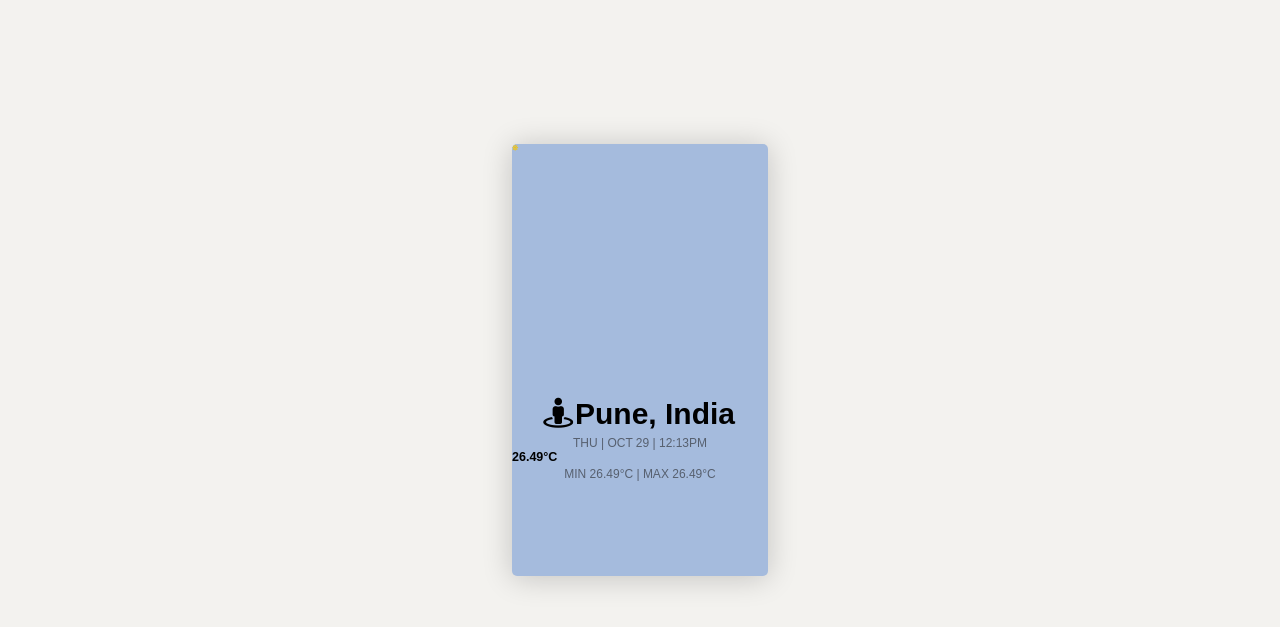
Repository: AalokJadhav/Weather_Website
Page: home.html
The author's editor kept a copy of each file at every save. The page is drawn from the files as they stood at one save, then again after the next save.
The browser window is 1280 px wide. The pictures show the whole page.
Some web libraries are served in a nearby version.

Above is the page before, as saved 2020-10-29 12:26:32.

### home.html
<!DOCTYPE html>
<html lang="en">
<head>
    <meta charset="UTF-8">
    <meta name="viewport" content="width=device-width, initial-scale=1.0">
    <link rel="stylesheet" href="https://cdnjs.cloudflare.com/ajax/libs/font-awesome/5.10.0/css/all.min.css" integrity="sha512-PgQMlq+nqFLV4ylk1gwUOgm6CtIIXkKwaIHp/PAIWHzig/lKZSEGKEysh0TCVbHJXCLN7WetD8TFecIky75ZfQ==" crossorigin="anonymous" />
    <style>
        * {
          padding: 0;
          margin: 0;
          /* font-family: "Jost", sans-serif; */
          font-family: "Quicksand", sans-serif;
        }

        body {
          background: #f3f2ef;
          display: flex;
          justify-content: center;
          align-items: center;
          flex-wrap: wrap;
          height: 100vh;
          width: 100vw;
        }

        html,
        body {
          font-size: 62.5%;
          height: 100%;
        }

        html {
          background: #eee;
        }

        .box {
          width: 20vw;
          height: 60vh;
          border-radius: 0.5rem;
          box-shadow: 0 0.2rem 3rem rgba(0, 0, 0, 0.2);
          background: #a5bbdd;
          position: relative;
          overflow: hidden;
          transform: translate3d(0, 0, 0);
          min-width: 20rem;
          min-height: 35rem;
        }

        .wave {
          opacity: 0.3;
          position: absolute;
          top: 120%;
          left: 50%;
          background: white;
          width: 50rem;
          height: 50rem;
          margin-left: -25rem;
          margin-top: -25rem;
          transform-origin: 50% 48%;
          border-radius: 43%;
          animation: drift 3000ms infinite linear;
          z-index: 1;
        }

        .wave.-three {
          animation: drift 5000ms infinite linear;
          z-index: 2 !important;
          opacity: 0.2;
        }

        .wave.-two {
          animation: drift 7000ms infinite linear;
          opacity: 0.1;
          z-index: 3 !important;
        }

        .box:after {
          content: "";
          display: block;
          left: 0;
          top: 0;
          width: 100%;
          height: 100%;
          z-index: 11;
          transform: translate3d(0, 0, 0);
        }

        @keyframes drift {
          from {
            transform: rotate(0deg);
          }
          from {
            transform: rotate(360deg);
          }
        }
        .info {
          position: absolute;
          bottom: 0;
          width: 100%;
          height: 45%;
          z-index: 4;
        }

        .location {
          margin-top: 1.5rem;
          text-align: center;
          font-weight: 800;
          font-size: 3rem;
        }

        .fa-street-view {
          animation: rotates 3s linear infinite alternate;
        }

        @keyframes rotates {
          from {
            transform: translateX(-0.5rem);
          }
          to {
            transform: translateX(0.5rem);
          }
        }

        #date {
          text-align: center;
          margin-top: 0.5rem;
          color: #57606f;
          font-size: 1.2rem;
          font-weight: 300;
          text-transform: uppercase;
        }

        .temp {
          margin-top: 2.5rem;
          text-align: center;
          font-size: 3rem;
        }

        .tempmin_max {
          text-align: center;
          margin-top: 0.3rem;
          font-weight: 300;
          font-size: 1.2rem;
          color: #57606f;
        }

        #weathercon {
          height: 55%;
          display: flex;
          justify-content: center;
          align-items: center;
          font-size: 3em;
        }

        #weathercon .fas {
          font-size: 6rem;
          animation: fas-anime 3s linear infinite alternate;
        }

        @keyframes fas-anime {
          from {
            transform: scale(1.1);
          }
          to {
            transform: scale(1.5);
          }
        }

        @media (max-width: 600px) {
          .box {
            width: 90vw;
            height: 80vh;
          }

          .wave {
            top: 85%;
          }

          #weathercon {
            font-size: 5em;
          }

          .info {
            font-size: 1.5rem;
          }
        }
        @media (max-height: 500px) {
          .box {
            height: 80vh;
          }

          .wave {
            top: 115%;
          }
        }
        body > span {
          width: 100vw;
          text-align: center;
          color: grey;
        }
      </style>
    <title>Weather App</title>
</head>
<body>
    <div class ="box">
        <div class="wave-one"></div>
        <div class="wave-two"></div>
        <div class="wave-three"></div>

        <div class="weathericon">
            <i class="fas fa-sun" style="color: #f1c40f;"></i>
        </div>

        <div class="info">
            <h2 class="location"><i class="fas fa-street-view"></i>Pune, India</h2>
            <p id="date">THU | OCT 29 | 12:13PM</p>
            <h1 id="temp">26.49°C</h1>
            <h3 class="tempmin_max">MIN 26.49°C | MAX 26.49°C</h3>
        </div>
    </div>
</body>
</html>

After the next save:
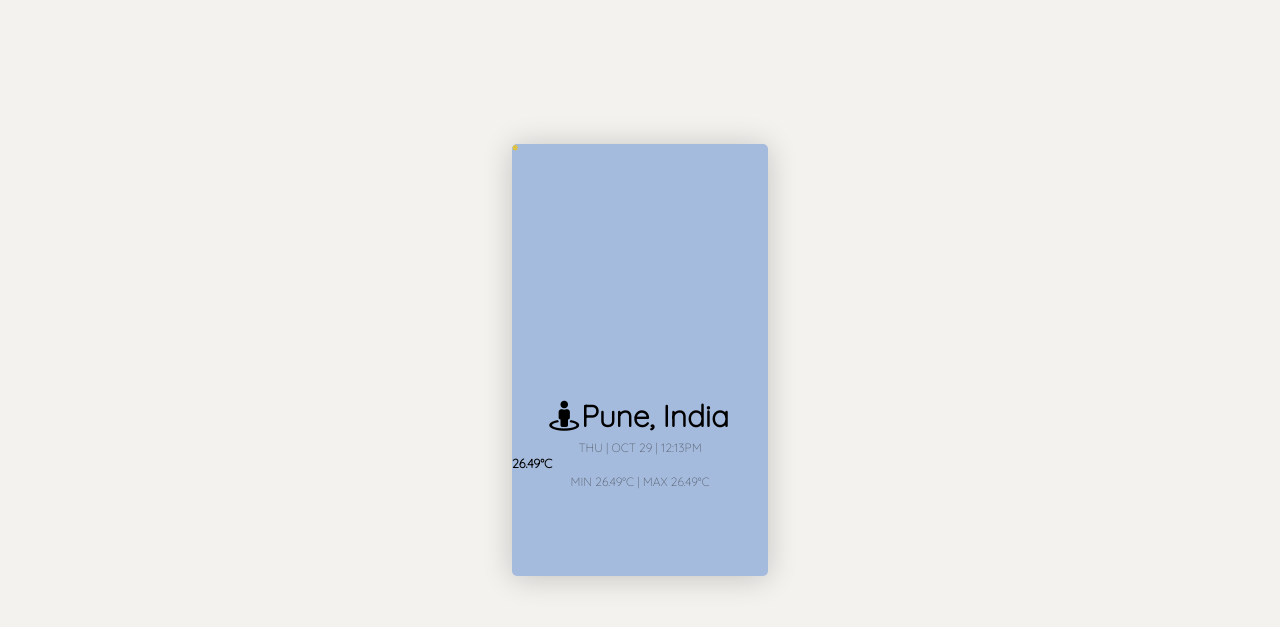
Saved 5 min 52 s later.
--- a/home.html
+++ b/home.html
@@ -5,6 +5,7 @@
     <meta name="viewport" content="width=device-width, initial-scale=1.0">
     <link rel="stylesheet" href="https://cdnjs.cloudflare.com/ajax/libs/font-awesome/5.10.0/css/all.min.css" integrity="sha512-PgQMlq+nqFLV4ylk1gwUOgm6CtIIXkKwaIHp/PAIWHzig/lKZSEGKEysh0TCVbHJXCLN7WetD8TFecIky75ZfQ==" crossorigin="anonymous" />
     <style>
+        @import url('https://fonts.googleapis.com/css2?family=Quicksand:wght@300&display=swap');
         * {
           padding: 0;
           margin: 0;
